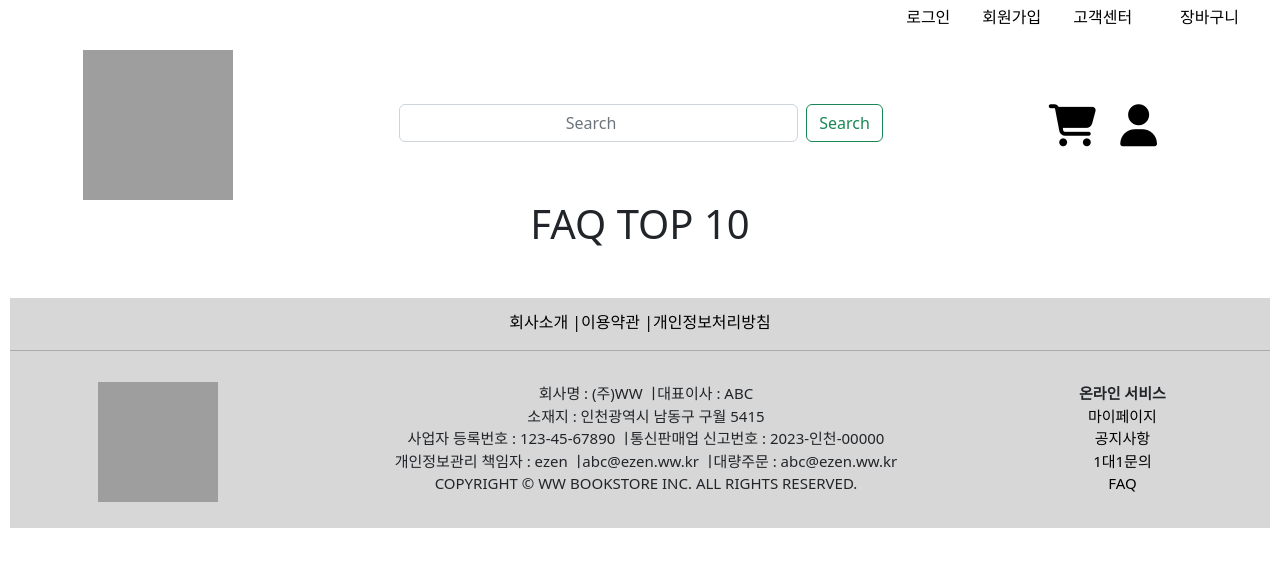
Repository: bongbongi/book1
Page: http://localhost/book/WEB-INF/views/board/boardFaq.jsp
These files come from the project's save history. The page is drawn as it stood at one moment and after the next save; the edit follows.
The browser window is 1280 px wide. The pictures show the whole page.
Pictures or frames that could not be fetched are drawn as grey boxes. Some web libraries are served in a nearby version. The page is served by Tomcat 9. Nobody is signed in. Other server files are loaded and not shown. The template is opened directly, without the code that normally fills it, so the values that code supplies are empty.

Above is the page before, as saved 2023-01-05 06:58:26.

### book/src/main/webapp/WEB-INF/views/board/boardFaq.jsp
<%@ page language="java" contentType="text/html; charset=UTF-8" pageEncoding="UTF-8"%>
<%@ taglib uri="http://java.sun.com/jsp/jstl/core" prefix="c"%>
<!DOCTYPE html>
<html>
<head>
<meta charset="UTF-8">
<title>Insert title here</title>
<link href="https://cdn.jsdelivr.net/npm/bootstrap@5.2.3/dist/css/bootstrap.min.css" rel="stylesheet" integrity="sha384-rbsA2VBKQhggwzxH7pPCaAqO46MgnOM80zW1RWuH61DGLwZJEdK2Kadq2F9CUG65" crossorigin="anonymous">
<script src="https://cdn.jsdelivr.net/npm/bootstrap@5.2.3/dist/js/bootstrap.bundle.min.js" integrity="sha384-kenU1KFdBIe4zVF0s0G1M5b4hcpxyD9F7jL+jjXkk+Q2h455rYXK/7HAuoJl+0I4" crossorigin="anonymous"></script>
<style>
*{
	text-align: center;
}
.accordion-flush {
	margin: 50px auto;
	width: 500px;

}
.accordion-body{
	text-align: left;
}
</style>
</head>
<body>
	<jsp:include page="../layout/header.jsp"></jsp:include>
	<h1>FAQ TOP 10</h1>
	<div class="accordion accordion-flush" id="accordionFlushExample">
		<c:forEach items="${li }" var="faq" varStatus="i" begin="0" end="9">
			<div class="accordion-item">
				<h2 class="accordion-header" id="flush-heading${i.count }">
					<button class="accordion-button collapsed" type="button" data-bs-toggle="collapse" data-bs-target="#flush-collapse${i.count }" aria-expanded="false" aria-controls="flush-collapse${i.count }">${i.count} ${faq.faq_question }</button>
				</h2>
				<div id="flush-collapse${i.count }" class="accordion-collapse collapse" aria-labelledby="flush-heading${i.count }" data-bs-parent="#accordionFlushExample">
					<div class="accordion-body">${faq.faq_answer }</div>
				</div>
			</div>
		</c:forEach>
	</div>
	<jsp:include page="../layout/footer.jsp"></jsp:include>
</body>
</html>

### book/src/main/webapp/WEB-INF/views/layout/header.jsp
<%@ page language="java" contentType="text/html; charset=UTF-8"
    pageEncoding="UTF-8"%>
<%@ taglib uri="http://java.sun.com/jsp/jstl/core" prefix="c"%>
<!-- CSS only -->
<link href="https://cdn.jsdelivr.net/npm/bootstrap@5.2.2/dist/css/bootstrap.min.css"
rel="stylesheet" integrity="sha384-Zenh87qX5JnK2Jl0vWa8Ck2rdkQ2Bzep5IDxbcnCeuOxjzrPF/et3URy9Bv1WTRi"
crossorigin="anonymous">
<!DOCTYPE html>
<html>
<head>
<script src="https://kit.fontawesome.com/92e616dfba.js" crossorigin="anonymous"></script>
<meta charset="UTF-8">
<title>Insert title here</title>
<style>
body{
    margin:0 auto;
}
.header{
    width: 1260px;
    height: 200px;
   /*  background-color: pink; */
}
.menu{
	display: flex;
	justify-content: flex-end;
	padding:5px;

}
.logo{
    width: 150px;
    height: 150px;
    background-color: blue;
}
.logo>a>img{
 	width: 150px;
    height: 150px;
}
.searchBar{
	/* position:absolute; */
    width: 484px;
    height: 42px;
    /* background-color: gold; */
    margin-top:54px;
    border-radius: 30px;

}
.bar{

	height: 150px;
	display: flex;
	flex-direction: row;
	flex-wrap:nowrap;
	justify-content:space-around;
/* 	align-items: baseline; */


}
i{
    font-size: 42px;
    color: black;
    margin-top:54px;
    margin-right: 20px;
}
</style>
</head>
<body>

<div class="header">
    <div class="menu">
        <c:if test="${ses.mem_id ==null}">
        <ul><a href="/mem/loginPage">로그인</a></ul>
        <ul><a href="/mem/joinPage">회원가입</a></ul>
        </c:if>
        <c:if test="${ses.mem_id == 'admin' }">
        <ul><a href="/mem/logOut">로그아웃</a></ul>
        <ul><a href="/mem/adminpage">관리인페이지</a></ul>
        </c:if>
        <c:if test="${ses.mem_id !=null && ses.mem_id !='admin' }">
        <ul><a href="/mem/logOut">로그아웃</a></ul>
        <ul><a href="/mem/mypage">마이페이지</a></ul>
        </c:if>
        <ul><a href="#">고객센터</a></ul>
        <ul><a href="#">장바구니　　</a></ul>
    </div>
    <div class="bar">
	    <div class="logo">
			<a href="/"><img src="./resources/logo.jpg" alt="로고"></a>
	    </div>
			<div class="searchBar">
				<form class="d-flex" role="search">
			        <input class="form-control me-2" type="search" placeholder="Search" aria-label="Search">
			        <button class="btn btn-outline-success" type="submit">Search</button>
		        </form>
			</div>
	    <div class="icons">
			<a href=""><i class="fa-solid fa-cart-shopping"></i></a>
            <a href=""><i class="fa-solid fa-user"></i></a>
	    </div>
    </div>
</div>
</body>
</html>

### book/src/main/webapp/WEB-INF/views/layout/footer.jsp
<%@ page language="java" contentType="text/html; charset=UTF-8"
	pageEncoding="UTF-8"%>
<!DOCTYPE html>
<html>
<head>
<meta charset="UTF-8">
<title>Insert title here</title>
<style>
.footer {
	width: 1260px;
	height: 230px;
	background-color: rgba(175, 175, 175, 0.5);
	margin: 0 auto;
}

.footer-logo {

	width: 120px;
	height: 120px;
	background-color: beige;
}
.footer-logo>img{
	width: 120px;
	height: 120px;
}

.address-box {
	text-align: left;
	padding: 0;
	margin: 0;
}

.address {
	padding: 15px;
	height: 150px;
	display: flex;
	font-size: 15px;
	/* align-items: baseline; */
	flex-direction: row;
	flex-wrap: nowrap;
	justify-content: space-around;
}

ul {
	list-style: none;
}

.footer, .address li {

}

.footer-top {
	text-align: center;
	padding-top: 12px;
}

.footer-top>ul {
	margin: 0;
	padding: 0;
	display: flex;
	justify-content: center;
}

.footer-top>li {
	margin: 0;
	padding: 0;
}

a {
	text-decoration-line: none;
	color: black;
}

a:visited {
	text-decoration: none;
}

a:hover {
	text-decoration: none;
}

a:focus {
	text-decoration: none;
}

a:hover, a:active {
	text-decoration: none;
}

.online-serviceBar {
	padding: 0px;
	margin-left: 20px;
	width: 120px;
	height: 120px;
}

.online-serviceBar>ul {
	margin: 0px;
	padding: 0px;
}

</style>

</head>

<body>
	<div class="footer">
		<div class="footer-top">
			<ul>
				<li><a href="">회사소개 | </a></li>
				<li><a href="">이용약관 | </a></li>
				<li><a href="">개인정보처리방침</a></li>
			</ul>
		</div>
		<hr>
		<div class="address">
			<div class="footer-logo">
				<img src="./resources/logo.jpg" alt="로고">
			</div>
			<div class="address-box">
				<ul>
					<li>회사명 : (주)WW <span style="margin-right: -7px;">ㅣ</span>
						대표이사 : ABC
					</li>

					<li>소재지 : 인천광역시 남동구 구월 5415</li>
					<li>사업자 등록번호 : 123-45-67890 <span style="margin-right: -7px;">ㅣ</span>
						통신판매업 신고번호 : 2023-인천-00000
					</li>

					<li>개인정보관리 책임자 : ezen <span style="margin-right: -7px;">ㅣ</span>
						abc@ezen.ww.kr <span style="margin-right: -7px;">ㅣ</span> 대량주문 :
						abc@ezen.ww.kr
					</li>

					<li>COPYRIGHT © WW BOOKSTORE INC. ALL RIGHTS RESERVED.</li>

				</ul>

			</div>
			<div class="online-serviceBar">
				<strong>온라인 서비스</strong>
				<ul>
					<li><a href="">마이페이지</a></li>
					<li><a href="">공지사항</a></li>
					<li><a href="">1대1문의</a></li>
					<li><a href="">FAQ</a></li>
				</ul>
			</div>
		</div>
	</div>

</body>
</html>

After the next save:
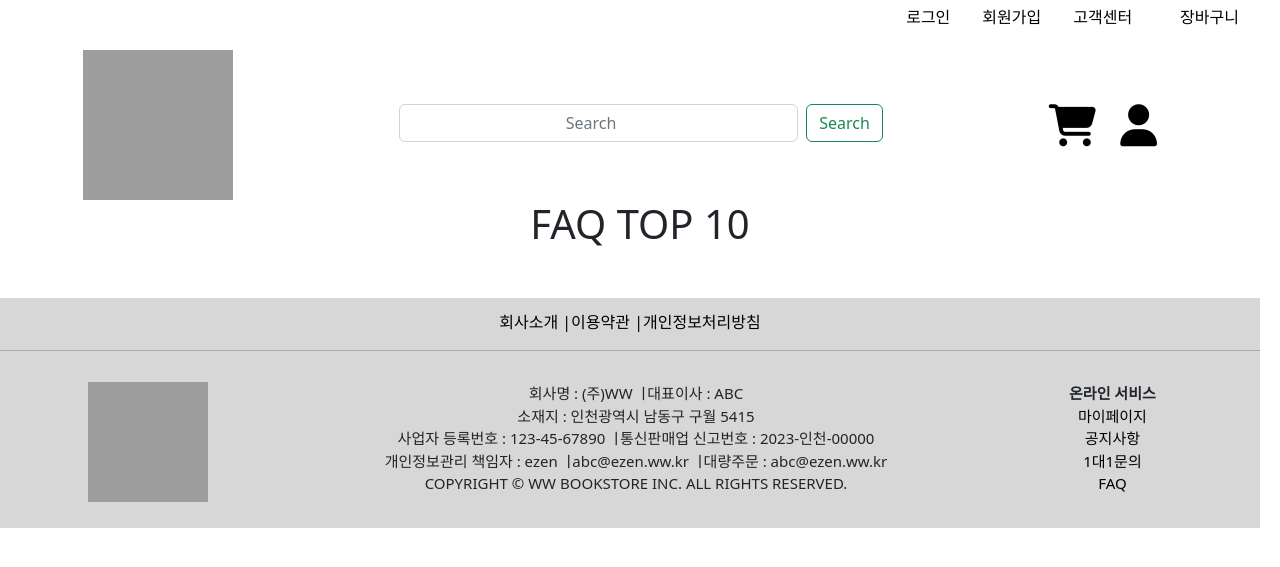
Saved 7 min 59 s later.
--- a/book/src/main/webapp/WEB-INF/views/layout/footer.jsp
+++ b/book/src/main/webapp/WEB-INF/views/layout/footer.jsp
@@ -6,11 +6,14 @@
 <meta charset="UTF-8">
 <title>Insert title here</title>
 <style>
+body{
+	margin: 0 auto;
+
+}
 .footer {
 	width: 1260px;
 	height: 230px;
 	background-color: rgba(175, 175, 175, 0.5);
-	margin: 0 auto;
 }
 
 .footer-logo {

After the save that followed:
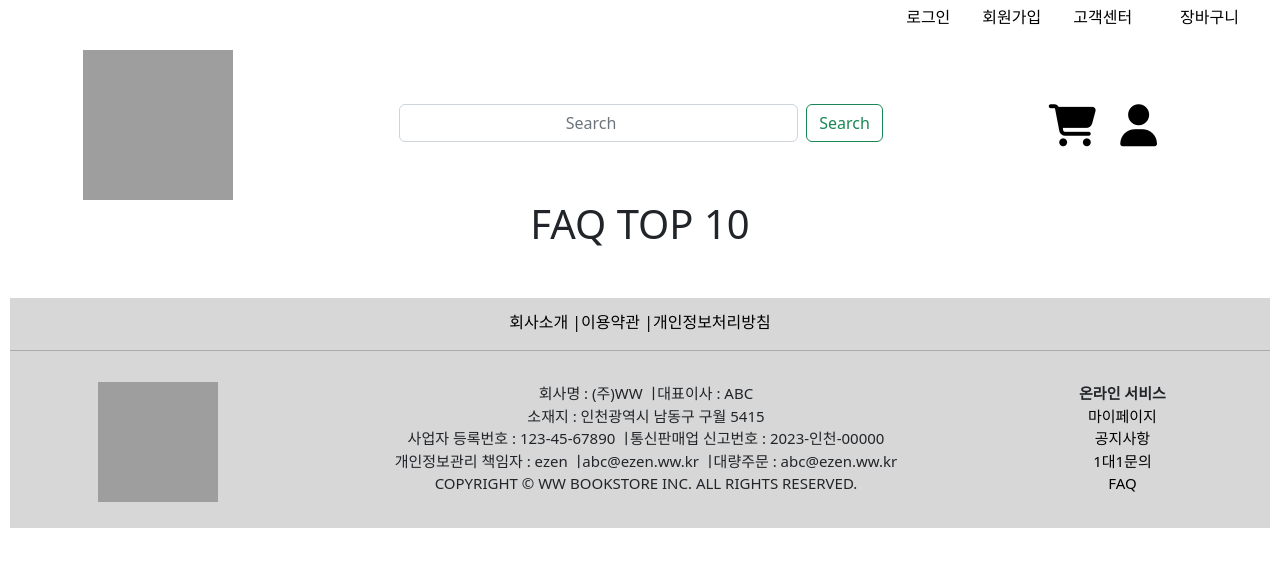
Saved 28 s later.
--- a/book/src/main/webapp/WEB-INF/views/layout/footer.jsp
+++ b/book/src/main/webapp/WEB-INF/views/layout/footer.jsp
@@ -6,14 +6,11 @@
 <meta charset="UTF-8">
 <title>Insert title here</title>
 <style>
-body{
-	margin: 0 auto;
-
-}
 .footer {
 	width: 1260px;
 	height: 230px;
 	background-color: rgba(175, 175, 175, 0.5);
+	margin: 0 auto;
 }
 
 .footer-logo {
